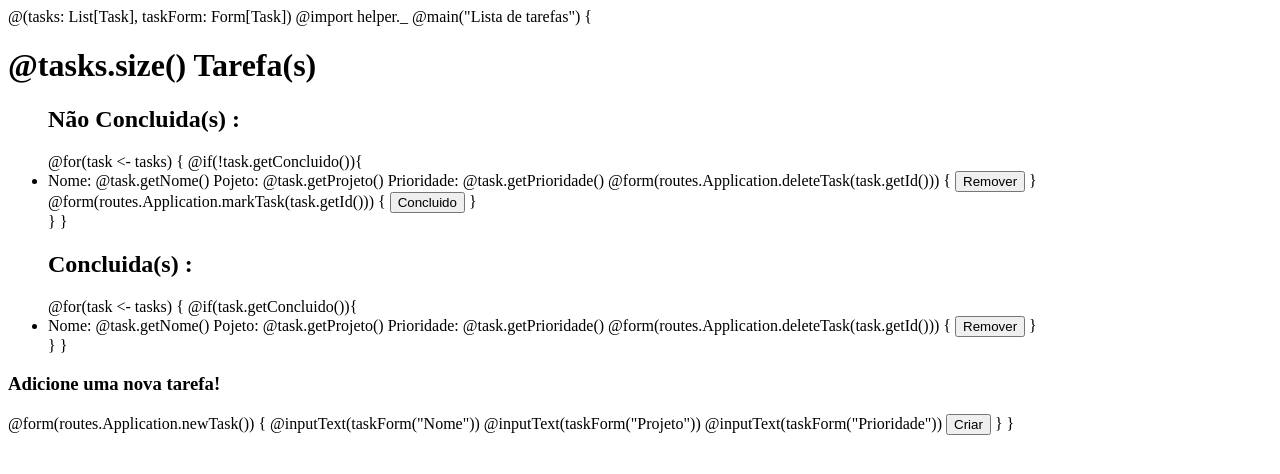
Repository: lcavalcante/si1
Page: lab2/.target/views/index.scala.html
An editor plug-in stored every save of this project. The page is shown before and after the next save, followed by the edit.
The browser window is 1280 px wide. The pictures show the whole page.

Above is the page before, as saved 2013-11-27 01:25:20.

After the next save:
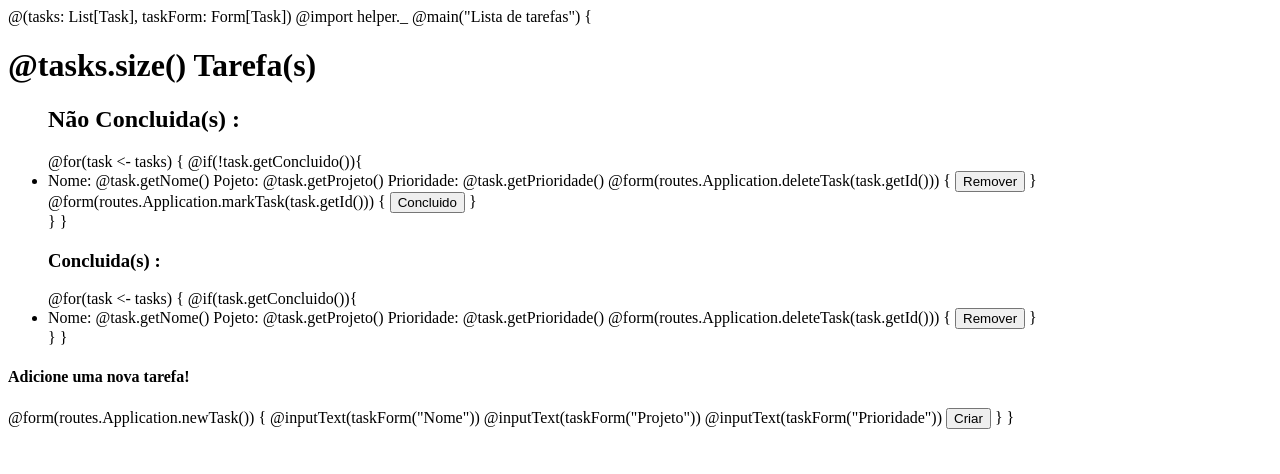
Saved 21 s later.
--- a/lab2/.target/views/index.scala.html
+++ b/lab2/.target/views/index.scala.html
@@ -32,7 +32,7 @@
     </ul>
 
     <ul>
-    	 <h2>Concluida(s) : </h2>
+    	 <h3>Concluida(s) : </h2>
         @for(task <- tasks) {
 
             	@if(task.getConcluido()){
@@ -53,7 +53,7 @@
         }
     </ul>
 
-    <h3>Adicione uma nova tarefa!</h3>
+    <h4>Adicione uma nova tarefa!</h3>
 
     @form(routes.Application.newTask()) {
 
